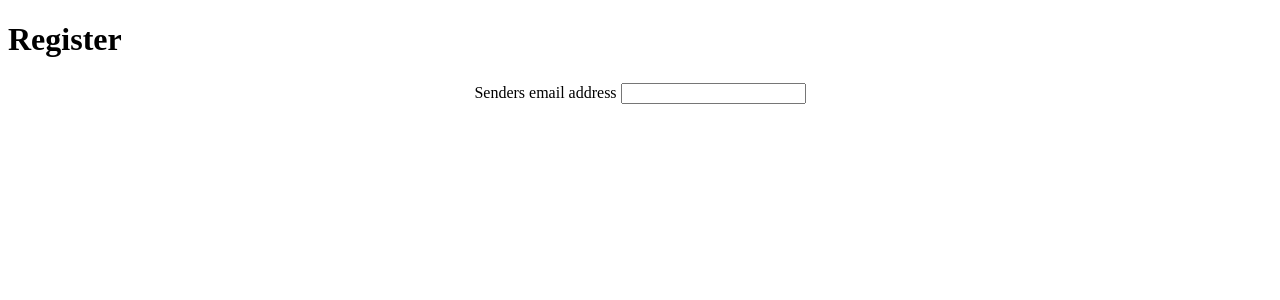
Repository: nsbgit/bot_programming
Page: http://localhost/bot/
These files come from the project's save history. The page is drawn as it stood at one moment and after the next save; the edit follows.
The browser window is 1280 px wide. The pictures show the whole page.
The page is served by Tomcat 9. Other server files are loaded and not shown.

Above is the page before, as saved 2014-09-24 02:53:00.

### bot/WebContent/index.jsp
<%@ page language="java" contentType="text/html; charset=ISO-8859-1"
    pageEncoding="ISO-8859-1"%>
<!DOCTYPE html PUBLIC "-//W3C//DTD HTML 4.01 Transitional//EN" "http://www.w3.org/TR/html4/loose.dtd">
<html>
<head>
<meta http-equiv="Content-Type" content="text/html; charset=ISO-8859-1">
<title>Register</title>
</head>
<body>
	<h1>Register</h1>
	<form action="#" method="post">
		<table align="center">
			<tr>
				<td>Senders email address</td>
				<td><input type="text" name="semail" id="semail"></td>
			</tr>
		</table>
	</form>
</body>
</html>

After the next save:
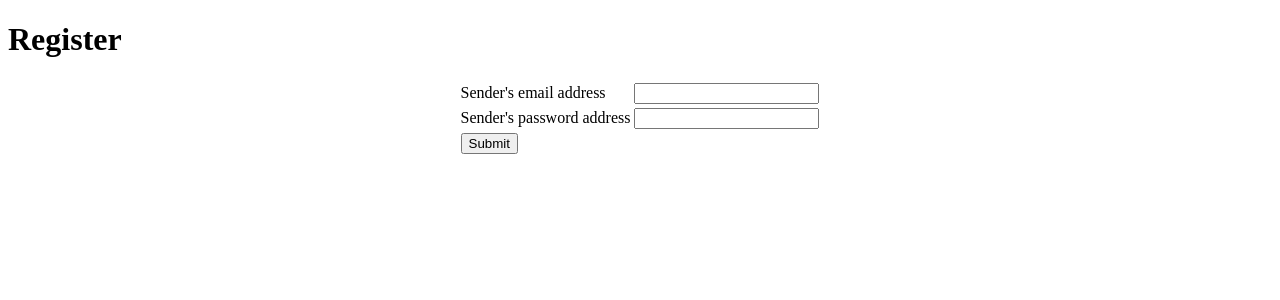
Saved 2 min 49 s later.
--- a/bot/WebContent/index.jsp
+++ b/bot/WebContent/index.jsp
@@ -11,8 +11,19 @@
 	<form action="#" method="post">
 		<table align="center">
 			<tr>
-				<td>Senders email address</td>
+				<td>Sender's email address</td>
 				<td><input type="text" name="semail" id="semail"></td>
+			</tr>
+
+			<tr>
+				<td>Sender's password address</td>
+				<td><input type="password" name="spass" id="spass"></td>
+			</tr>
+
+			<tr>
+				<td colspan="2">
+					<input type="submit" value="Submit">
+				</td>
 			</tr>
 		</table>
 	</form>
